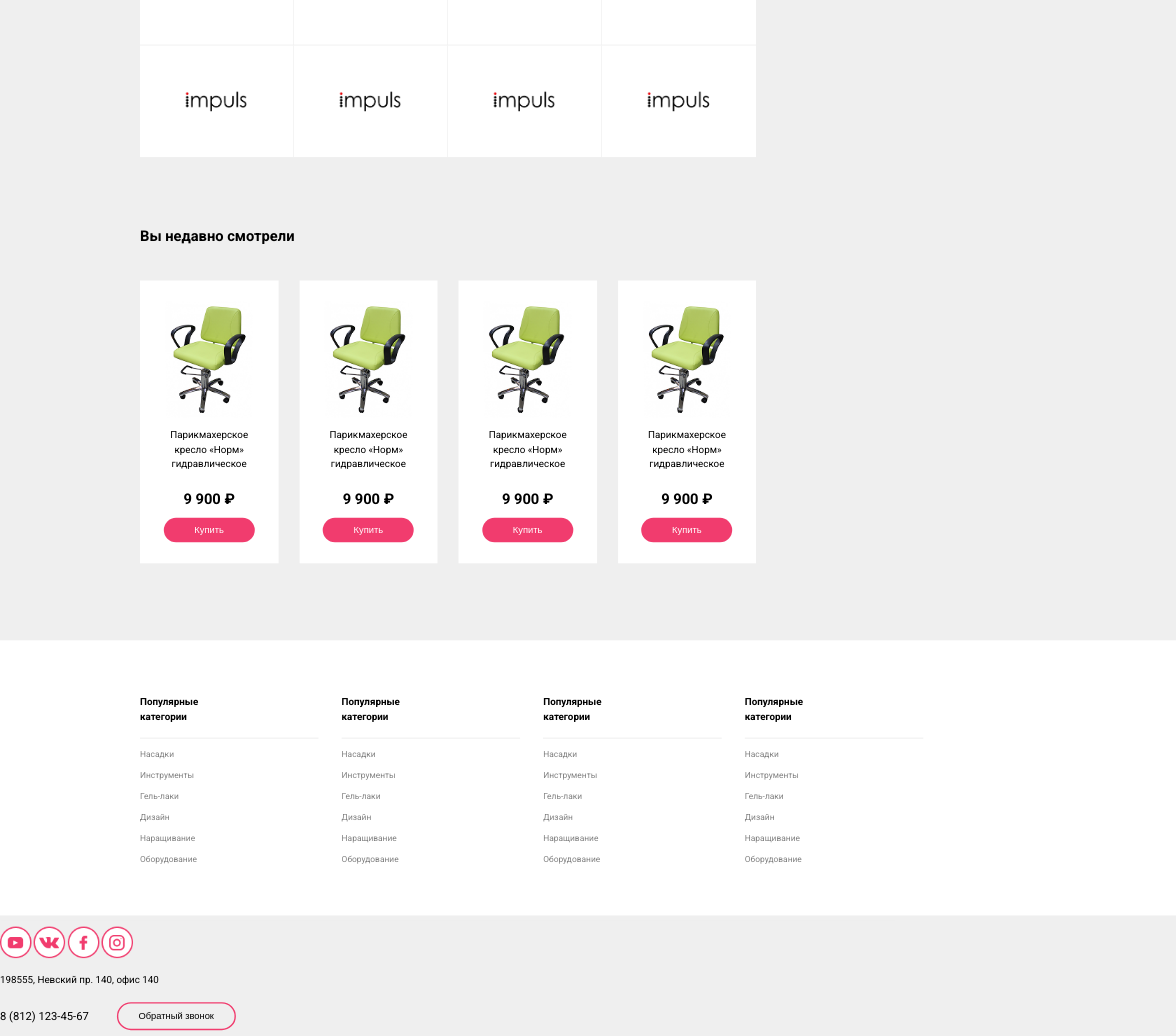
Repository: savannaaaas/verstka
Page: index.html
The author's editor kept a copy of each file at every save. The page is drawn from the files as they stood at one save, then again after the next save.
The browser window is 1280 px wide. The page is 1680 px wide, so the pictures cover 1680 px, including what lies to the right of the window. The pictures show the part of the page from y = 2034 to 3514 px (the page is 3514 px tall), at 70% of full size.
Some web fonts or font styles are not loaded; a fallback is used.

Above is the page before, as saved 2025-04-17 00:15:06.

### index.html
<!DOCTYPE html>
<html lang="en">
<head>
    <meta charset="UTF-8">
    <meta name="viewport" content="width=device-width, initial-scale=1.0">
    <title>Figma</title>
    <link rel="preconnect" href="https://fonts.googleapis.com">
    <link rel="preconnect" href="https://fonts.gstatic.com" crossorigin>
    <link href="https://fonts.googleapis.com/css2?family=Istok+Web:ital,wght@0,400;0,700;1,400;1,700&family=Italiana&family=Jura:wght@300..700&family=Roboto:ital,wght@0,100..900;1,100..900&display=swap" rel="stylesheet">
    <link rel="stylesheet" href="style.css">
</head>
<body>
    <div class="content">
        <div class="top-line">
            <ul>
                <li>Доставка</li>
                <li>Оплата</li>
                <li>Отзывы</li>
                <li>Вопрос-ответ</li>
                <li>Контакты</li>
            </ul>
        </div>
        <div class="second-line">
            <div class="second-line-content">
                <div class="logo">
                    <img alt="logo" src="img/logo.png">
                    <h1>BEAUTY</h1>
                </div>
            <div class="search">
                <input class="search">
                <img alt="search" src="img/search.png">
            </div>
            <div class="contact">
                <p>8 (812) 123-45-67</p>
                <button>Обратный звонок</button>
            </div>
        </div>
        <hr class="line">
            <div class="service">
                <ul>
                    <li>Парикмахерская</li>
                    <li>Барбершоп</li>
                    <li>Маникюр</li>
                    <li>Педикюр</li>
                    <li>Массаж</li>
                    <li>Мебель</li>
                </ul>
            </div>
        </div>

        <div class="sale">
            <div class="text-armchair">
                <h1>Супер кресло</h1>
                <p>Текст акции всегда отражает суть, а не просто болтовню, поэтому внимательнее</p>
                <button>Подробнее</button>
            </div>
            <img class="elipse1" alt="elipse" src="img/elipse1.png">
            <img class="elipse2" alt="elipse" src="img/ellipse2.png">
            <img class="chair" alt="chair" src="img/armchairs.png">
        </div>
        <div class="goods">
            <h2>Специальные предложения</h2>
            <div class="armChairsGreen">
                <div class="armchair1">
                    <img alt="armchair" src="img/greenArmchair.png">
                    <p class="text-greenArmchair">Парикмахерское кресло «Норм» гидравлическое</p>
                    <h3>9 900 ₽</h3>
                    <button>Купить</button>
                </div>
                <div class="armchair2">
                    <img alt="armchair" src="img/greenArmchair.png">
                    <p class="text-greenArmchair">Парикмахерское кресло «Норм» гидравлическое</p>
                    <h3>9 900 ₽</h3>
                    <button>Купить</button>
                </div>
                <div class="armchair3">
                    <img alt="armchair" src="img/greenArmchair.png">
                    <p class="text-greenArmchair">Парикмахерское кресло «Норм» гидравлическое</p>
                    <h3>9 900 ₽</h3>
                    <button>Купить</button>
                </div>
                <div class="armchair4">
                    <img alt="armchair" src="img/greenArmchair.png">
                    <p class="text-greenArmchair">Парикмахерское кресло «Норм» гидравлическое</p>
                    <h3>9 900 ₽</h3>
                    <button>Купить</button>
                </div>
            </div>

        </div>
        <div class="subscribe">
            <div class="subscribe1">
                <div class="bonus">
                    <h3>Получайте бонусы и подарки</h3>
                    <p>Каждый месяц разыгрываем 10 000 рублей для наших клиентов</p>
                    <input placeholder="Введите e-mail">
                </div>
                <div>
                    <img alt="envelope" src="img/envelope.png">
                </div>
            </div>
            <div class="subscribe2">
                <div class="bonus">
                    <h3>Заходите к нам</h3>
                    <p>Более 300 магазинов по всей России</p>
                    <button>Карта магазинов</button>
                </div>
                <div>
                    <img alt="car" src="img/car.png">
                </div>
            </div>
        </div>
        <div class="brands">
            <img alt="impuls" src="img/impuls.png">
            <img alt="impuls" src="img/impuls.png">
            <img alt="impuls" src="img/impuls.png">
            <img alt="impuls" src="img/impuls.png">
            <img alt="impuls" src="img/impuls.png">
            <img alt="impuls" src="img/impuls.png">
            <img alt="impuls" src="img/impuls.png">
            <img alt="impuls" src="img/impuls.png">
            <img alt="impuls" src="img/impuls.png">
            <img alt="impuls" src="img/impuls.png">
            <img alt="impuls" src="img/impuls.png">
            <img alt="impuls" src="img/impuls.png">

        </div>
        <div class="goods">
            <h2>Вы недавно смотрели</h2>
            <div class="armChairsGreen">
                <div class="armchair1">
                    <img alt="armchair" src="img/greenArmchair.png">
                    <p class="text-greenArmchair">Парикмахерское кресло «Норм» гидравлическое</p>
                    <h3>9 900 ₽</h3>
                    <button>Купить</button>
                </div>
                <div class="armchair2">
                    <img alt="armchair" src="img/greenArmchair.png">
                    <p class="text-greenArmchair">Парикмахерское кресло «Норм» гидравлическое</p>
                    <h3>9 900 ₽</h3>
                    <button>Купить</button>
                </div>
                <div class="armchair3">
                    <img alt="armchair" src="img/greenArmchair.png">
                    <p class="text-greenArmchair">Парикмахерское кресло «Норм» гидравлическое</p>
                    <h3>9 900 ₽</h3>
                    <button>Купить</button>
                </div>
                <div class="armchair4">
                    <img alt="armchair" src="img/greenArmchair.png">
                    <p class="text-greenArmchair">Парикмахерское кресло «Норм» гидравлическое</p>
                    <h3>9 900 ₽</h3>
                    <button>Купить</button>
                </div>
            </div>

        </div>
        <footer>
            <div class="footer-categories">
                <div class="footer-category">
                    <h4>Популярные<br>категории</h4>
                    <hr>
                    <p>Насадки</p>
                    <p>Инструменты</p>
                    <p>Гель-лаки</p>
                    <p>Дизайн</p>
                    <p>Наращивание</p>
                    <p>Оборудование</p>
                </div>
                <div class="footer-category">
                    <h4>Популярные<br>категории</h4>
                    <hr>
                    <p>Насадки</p>
                    <p>Инструменты</p>
                    <p>Гель-лаки</p>
                    <p>Дизайн</p>
                    <p>Наращивание</p>
                    <p>Оборудование</p>
                </div>
                <div class="footer-category">
                    <h4>Популярные<br>категории</h4>
                    <hr>
                    <p>Насадки</p>
                    <p>Инструменты</p>
                    <p>Гель-лаки</p>
                    <p>Дизайн</p>
                    <p>Наращивание</p>
                    <p>Оборудование</p>
                </div>
                <div class="footer-category">
                    <h4>Популярные<br>категории</h4>
                    <hr>
                    <p>Насадки</p>
                    <p>Инструменты</p>
                    <p>Гель-лаки</p>
                    <p>Дизайн</p>
                    <p>Наращивание</p>
                    <p>Оборудование</p>
                </div>
            </div>
            <hr>
            <div class="footer-logo">
                <img alt="" src="img/youtube.png">
                <img alt="" src="img/vk.png">
                <img alt="" src="img/facebook.png">
                <img alt="" src="img/instagram.png">
            </div>
            <div>
                <p>198555, Невский пр. 140, офис 140</p>
            </div>
            <div class="contact">
                <p>8 (812) 123-45-67</p>
                <button>Обратный звонок</button>
            </div>

        </footer>

    </div>
</body>
</html>

### style.css
body {
    min-height: 100vh;
    max-width: 1920px;
    margin: 0 auto;
    scroll-behavior: smooth;
    text-rendering: optimizeSpeed;
    line-height: 1.5;
    padding: 0;
    font-family: "Roboto", sans-serif;
    font-weight: 400;
    font-style: normal;
    font-size: 14px;
    background-color: #EFEFEF;

  }

  .top-line{
    display: flex;
    height: 50px;
    align-items: center;
    justify-content: center;

  }
   .top-line ul{
    display: flex;
    list-style: none;
    flex-wrap: nowrap;
    gap: 30px;
   }

   .second-line{

    display: flex;
    margin: 0 auto;
    align-items: center;
    flex-direction: column;
    padding: 0px 200px;
    background-color: #FFFFFF;
   }
   .second-line-content{
    width: 100%;
    height: 100%;
    display: flex;
    margin: 0 auto;
    align-items: center;
  justify-content: space-between;
  padding: 20px 0;

   }

.logo{
    display: flex;
    flex-wrap: nowrap;
    gap: 30px;
   }
.logo img{
    width: 90px;
    height: 90px;
}
 .logo h1{
    font-size: 36px;
    color: #F13C6E;
   }

   .search {
    position: relative;
    width: 250px;
    height: 40px;
  }

  .search input {
    border-radius: 40px;
    width: 100%;
    height: 100%;
    border: none;
    background-color: #EFEFEF;
    padding-left: 40px;
  }

  .search img {
    position: absolute;
    left: 10px;
    top: 50%;
    transform: translateY(-50%);
    width: 20px;
    height: 20px;
    pointer-events: none;
  }
  .contact{
    display: flex;
    gap: 40px;
    align-items: center;

  }
  .contact p{
    font-size: 16px;
  }
  .contact button{
    width: 170px;
    height: 40px;
    border: 2px solid #F13C6E;
    border-radius: 40px;
    background: transparent;
  }
  hr.line {
    width: calc(100% + 400px);
    margin-left: -200px;
    border: none;
    border-top: 1px solid #EFEFEF;
    margin-top: 0;
    margin-bottom: 0;
  }
.service ul{
    display: flex;
    list-style: none;
    flex-wrap: nowrap;
    justify-content: center;
    align-items: center;
    gap: 40px;
    font-size: 16px;
   }

   .sale{
    display: flex;
    position: relative;
    background-color: #F13C6E;
    justify-content: space-between;
    align-items: center;
    padding: 100px 200px;
    /**/
    overflow: hidden;
   }

   .elipse1 {
    position: absolute;
    right: 100px;
    top: 50%;
    transform: translateY(-50%);
    z-index: 0;
  }

  .elipse2 {
    position: absolute;
    right: 180px;
    top: 50%;
    transform: translateY(-50%);
    z-index: 1;
  }

  .chair {
    position: absolute;
    right: 180px;
    top: 50%;
    transform: translateY(-50%);
    z-index: 2;
  }

  .text-armchair {
    z-index: 3;
    max-width: 350px;
    color: #EFEFEF;
  }

   .text-armchair h1{
    font-size: 48px;
    color: #EFEFEF;
   }
   .text-armchair p{
    font-size: 14px;
    color: #EFEFEF;
    margin: 50px 0;
   }
   .text-armchair button{
    width: 170px;
    height: 40px;
   background: transparent;
   border-radius: 40px;
   border: 2px solid #EFEFEF;
   color: #EFEFEF;
   }
   .goods{
    padding: 80px 200px ;
   }
   .armChairsGreen{
   display: flex;
   justify-content: center;
   align-items: center;
   flex-direction: row;
   gap: 30px;
   padding: 30px 0px;
   }
   .armchair1, .armchair2, .armchair3, .armchair4{
    display: flex;
    justify-content: center;
    align-items: center;
    flex-direction: column;
    text-align: center;
    padding: 30px;
    background-color: #ffffff;
   }
   .armchair1 button, .armchair2 button, .armchair3 button, .armchair4 button{
   width: 130px;
   height: 35px;
   border: none;
   background-color: #F13C6E;
   color: #FFFFFF;
   border-radius: 30px;
   }
   .armchair1 h3, .armchair2 h3, .armchair3 h3, .armchair4 h3{
   font-size: 21px;
margin: 10px;
    }
    .subscribe{
        display: flex;
        padding: 0px 200px ;
        flex-direction: row;
        align-items: center;
        justify-content: center;
        gap: 30px;
        padding-bottom: 100px;
    }
    .subscribe1, .subscribe2{
        display: flex;
        background-color: #F13C6E;
        padding: 40px;
        flex-direction: row;
        color: #EFEFEF;
        box-sizing: border-box;
        gap: 30px;
        align-items: center;
        width: 540px;

    }
    .bonus input{
        width: 225px;
        height: 35px;
        color: #C4C4C4;
        border: none;
        border-radius: 30px;
        padding: 0 30px;
        box-sizing: border-box;
    }
    .bonus button{
        width: 170px;
        height: 35px;
        border: 2px solid #EFEFEF;
        color: #EFEFEF;
        background-color: transparent;
        border-radius: 40px;
    }
    .brands {
        display: grid;
        grid-template-columns: repeat(4, 1fr);
        border-collapse: collapse;
        width: fit-content;
        padding: 0px 200px;
      }

      .brands img {
        background-color: #FFFFFF;
        width: 100%;
        height: auto;
        padding: 65px;
        border-right: 1px solid #EFEFEF;
        border-bottom: 1px solid #EFEFEF;
        box-sizing: border-box;
      }
      .brands img:nth-child(4n) {
        border-right: none;
      }

      .brands img:nth-last-child(-n+4) {
        border-bottom: none;
      }

      .footer-categories{
        display: flex;
        flex-direction: row;
        gap: 33px;
        padding: 60px 200px;
        width: 100%;
        background-color: #FFFFFF;
      }

      .footer-category{
        width: 255px;
      }

      .footer-category p{
       font-size: 12px;
       color: #828282;
      }
      .footer-category hr{
        border: 1px solid #EFEFEF;
       }
       .footer-line{
        background-color: #FFFFFF;
       }
       footer hr{
        border: 1px solid #EFEFEF;
       }

After the next save:
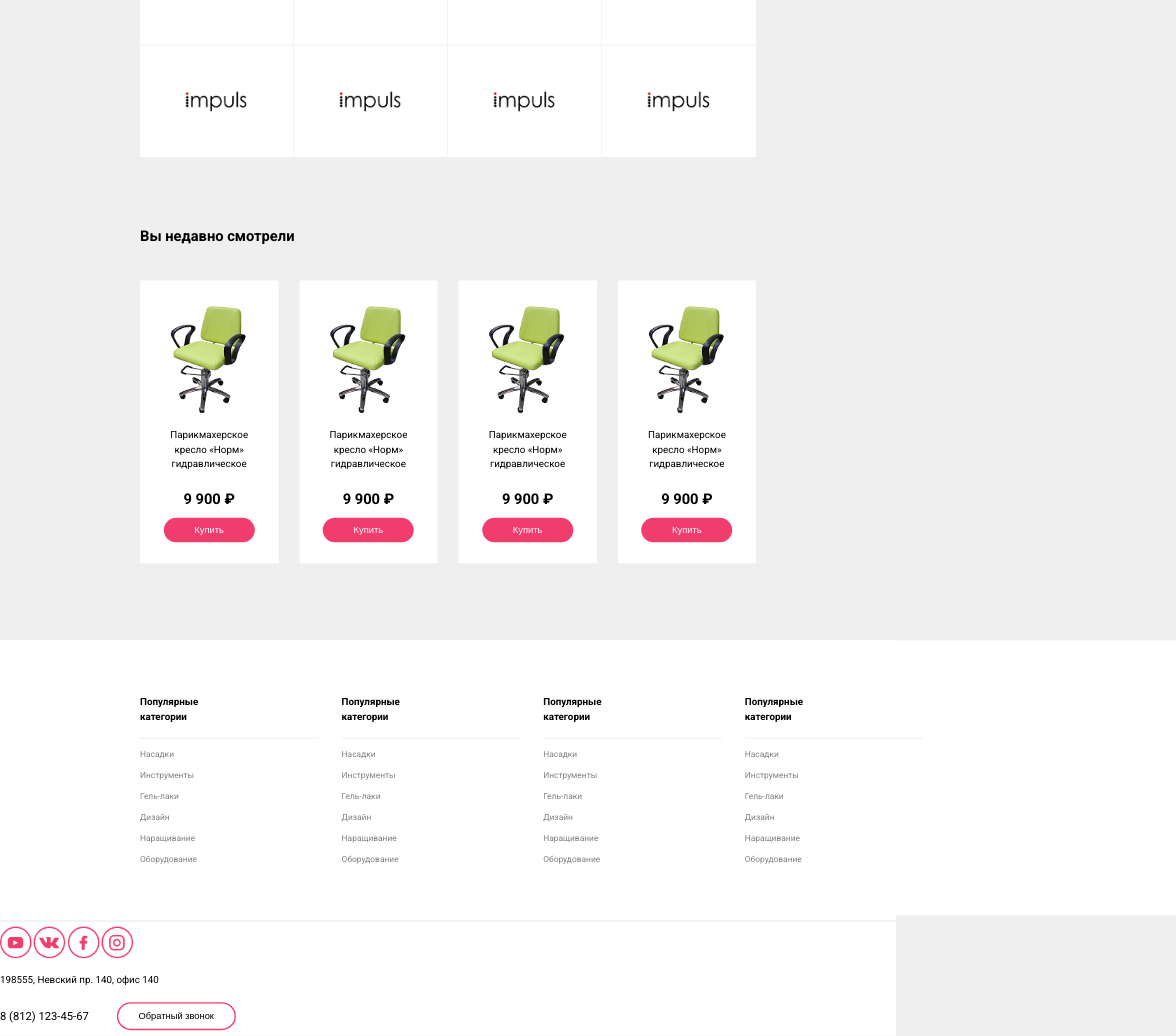
Saved 18 s later.
--- a/style.css
+++ b/style.css
@@ -293,7 +293,7 @@
       .footer-category hr{
         border: 1px solid #EFEFEF;
        }
-       .footer-line{
+       footer{
         background-color: #FFFFFF;
        }
        footer hr{
